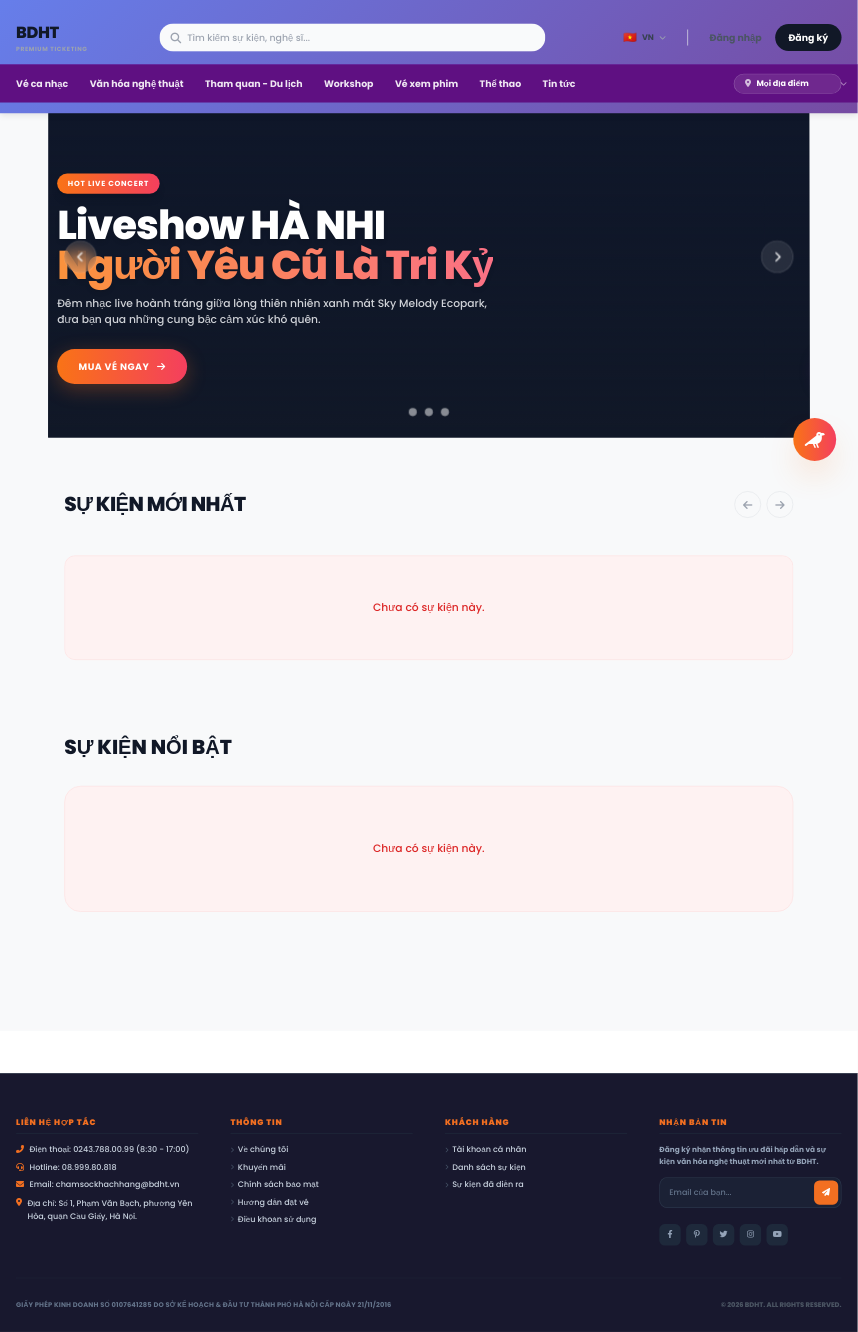
Repository: Vu-Tien-Duc/K23CNT3_VuTienDuc_Project4_EventTicket
Page: EventTicket_BDHT_Project/frontend-web/pages/index.html
These files come from the project's save history. The page is drawn as it stood at one moment and after the next save; the edit follows.
The browser window is 1280 px wide. The pictures show the whole page, at 67% of full size.
The page's requests for data from a server got no answer. Some web libraries are served in a nearby version.

Above is the page before, as saved 2026-05-20 22:32:37.
Not found: EventTicket_BDHT_Project/frontend-web/assets/js/core/i18n.js

After the next save:
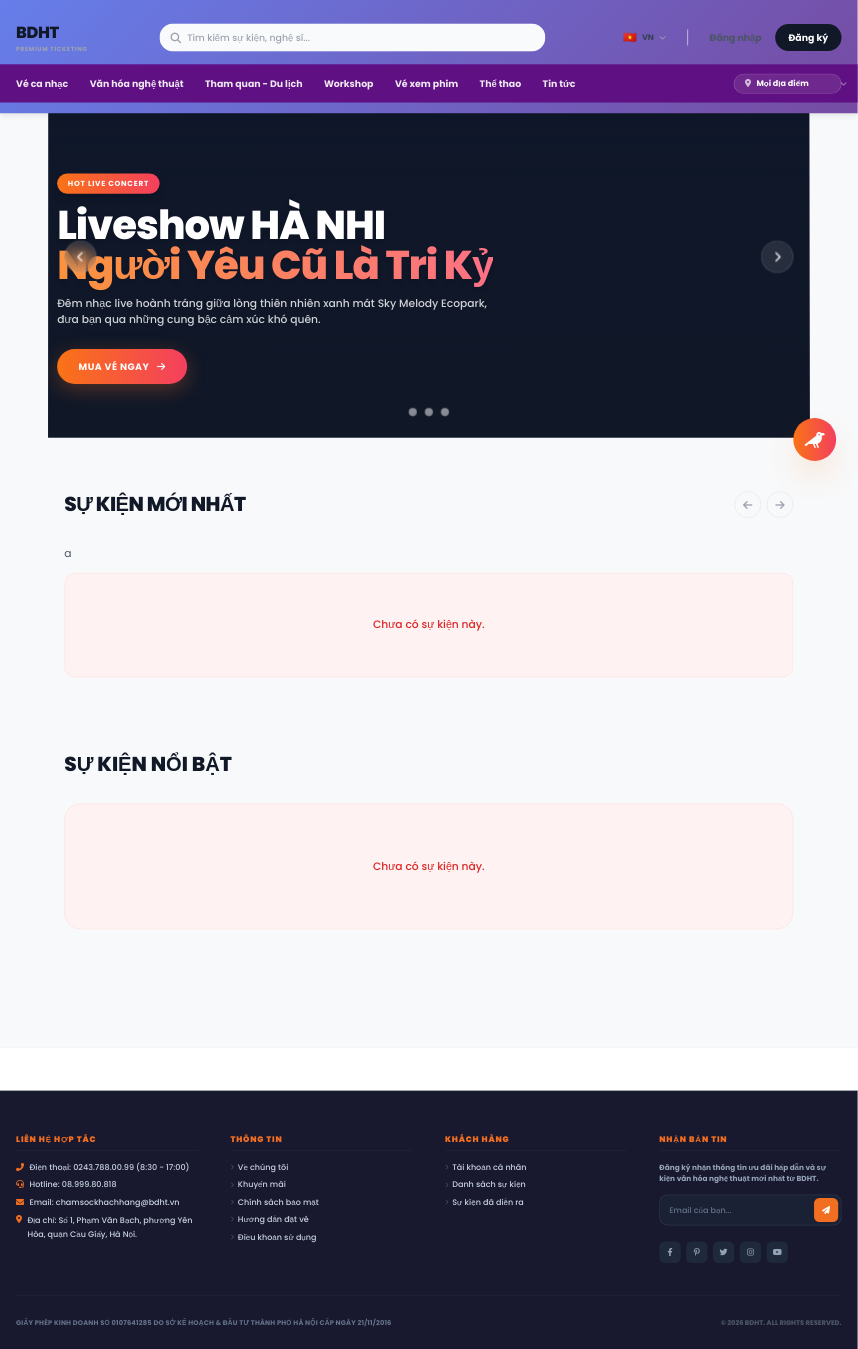
Saved 35 min 43 s later.
--- a/EventTicket_BDHT_Project/frontend-web/pages/index.html
+++ b/EventTicket_BDHT_Project/frontend-web/pages/index.html
@@ -105,7 +105,7 @@
             </div>
 
             <div class="relative -mx-6 px-6">
-                <div id="mini-slider-track" class="flex gap-8 overflow-x-auto pb-8 pt-4 scrollbar-hide scroll-smooth snap-x"></div>
+                a<div id="mini-slider-track" class="flex gap-8 overflow-x-auto pb-8 pt-4 scrollbar-hide scroll-smooth snap-x"></div>
             </div>
         </section>
 
